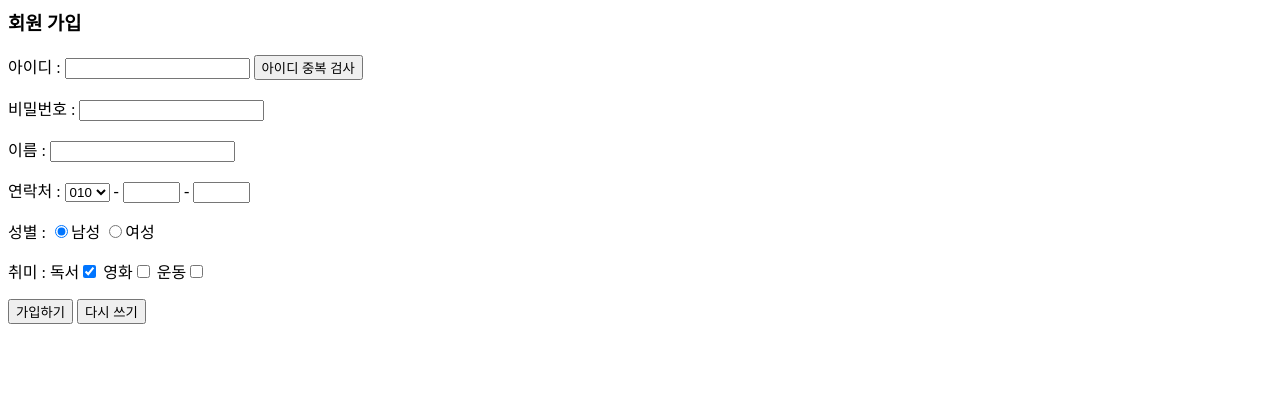
Repository: pojh5090/JspProgramming
Page: http://localhost/JSPBook/ch06/form5.jsp
An editor plug-in stored every save of this project. The page is shown before and after the next save, followed by the edit.
The browser window is 1280 px wide. The pictures show the whole page.
The page is served by Tomcat 9. Other server files are loaded and not shown.

Above is the page before, as saved 2020-04-12 08:05:24.

### JSPBook/WebContent/ch06/form5.jsp
<%@ page language="java" contentType="text/html; charset=UTF-8"
    pageEncoding="UTF-8"%>
<!DOCTYPE html PUBLIC>
<html>
<head>
<meta http-equiv="Content-Type" content="text/html; charset=UTF-8">
<title>Form Processing</title>
</head>
<body>
	<h3>회원 가입</h3>
	<form action="#" name="member" method ="post">
		<p>아이디 : <input type="text" name="id"> <input type="button" value="아이디 중복 검사">
		<p>비밀번호 : <input type="password" name="passwd">
		<p>이름 : <input type="text" name="name">
		<p>연락처 : <select name="phone1">
				 <option value="010">010</option>
				 <option value="011">011</option>
				 <option value="016">016</option>
				 <option value="017">017</option>
				 <option value="018">018</option>
				 </select>
				  - <input type="text" maxlength="4" size="4" name="phone2"> - <input type="text" maxlength="4" size="4" name="phone3">
		 <p> 성별 : <input type="radio" name="sex" value="남성" checked>남성 <input type="radio" name="sex" value="여성">여성
		 <p> 취미 : 독서<input type="checkbox" name="hobby1" checked>
		 		    영화<input type="checkbox" name="hobby2">
		 		   운동<input type="checkbox" name="hobby3">
		 <p> <input type="submit" value="가입하기">
		 	 <input type="reset" value="다시 쓰기">
	</form>
</body>
</html>

After the next save:
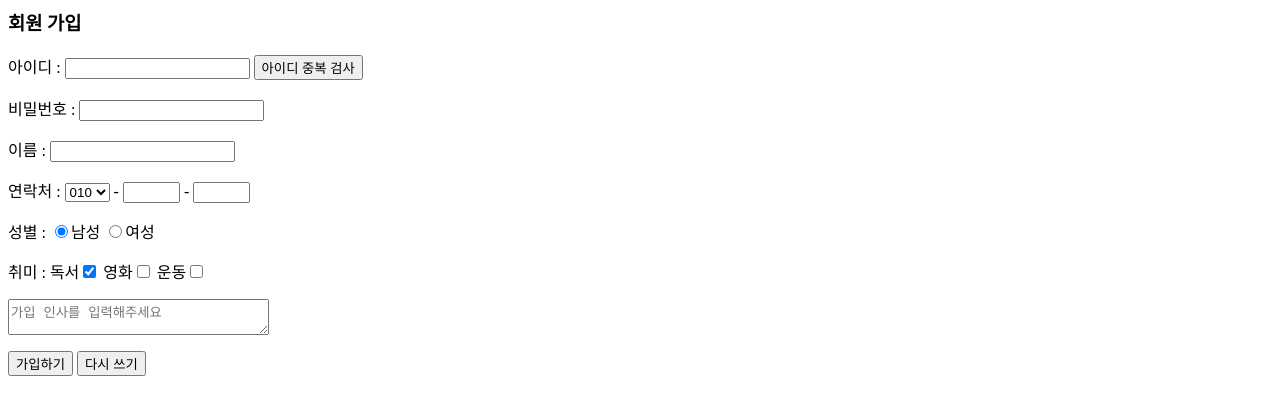
Saved 2 min 2 s later.
--- a/JSPBook/WebContent/ch06/form5.jsp
+++ b/JSPBook/WebContent/ch06/form5.jsp
@@ -24,6 +24,7 @@
 		 <p> 취미 : 독서<input type="checkbox" name="hobby1" checked>
 		 		    영화<input type="checkbox" name="hobby2">
 		 		   운동<input type="checkbox" name="hobby3">
+		 <p> <textarea name="comment" cols="30" row="3" placeholder="가입 인사를 입력해주세요"></textarea>
 		 <p> <input type="submit" value="가입하기">
 		 	 <input type="reset" value="다시 쓰기">
 	</form>
